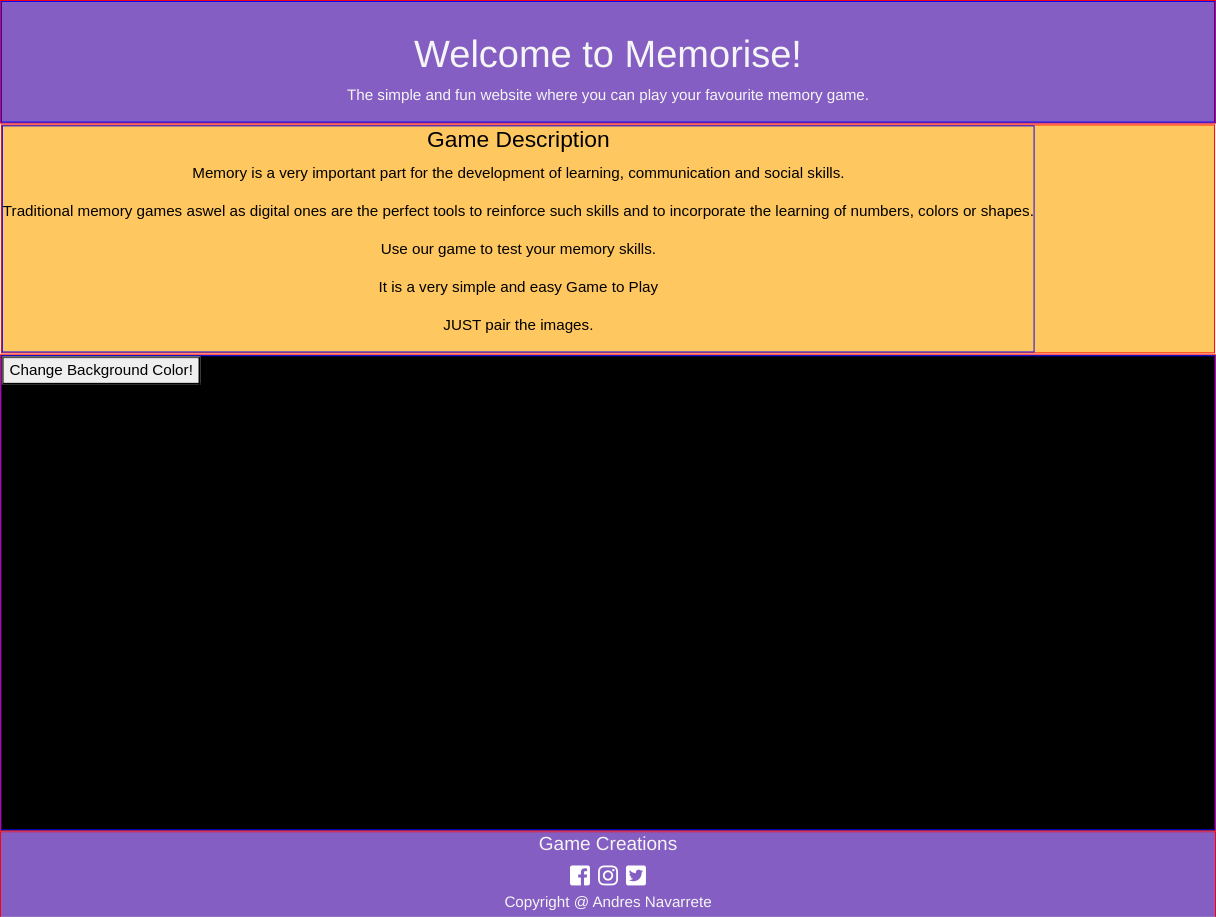
Repository: andna5980/memorise
Page: index.html
The author's editor kept a copy of each file at every save. The page is drawn from the files as they stood at one save, then again after the next save.
The browser window is 1280 px wide. The pictures show the whole page, at 95% of full size.
Some web fonts or font styles are not loaded; a fallback is used. Some web libraries are served in a nearby version.

Above is the page before, as saved 2021-04-27 13:16:01.

After the next save:
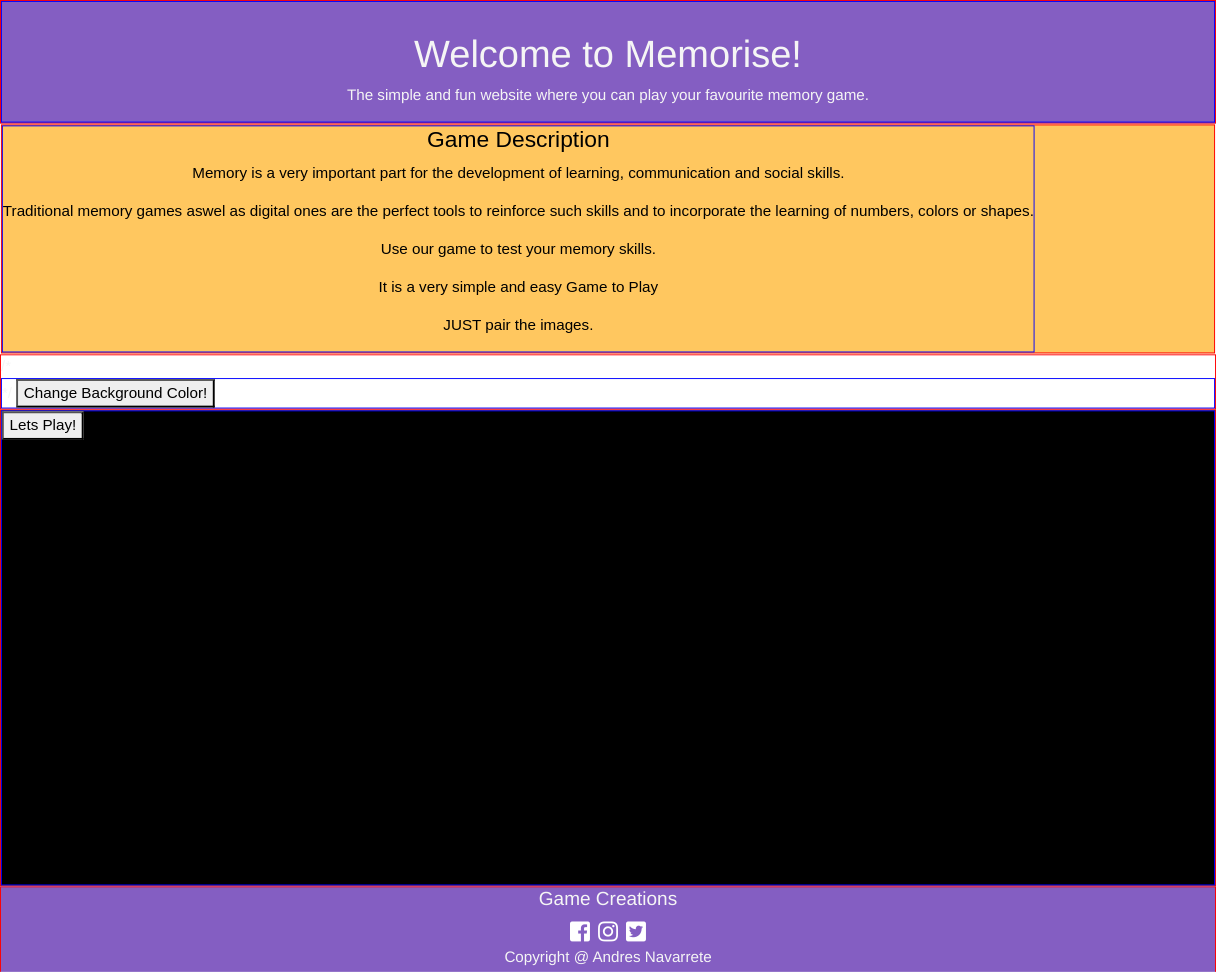
Saved 5 min 11 s later.
--- a/index.html
+++ b/index.html
@@ -45,12 +45,17 @@
         </div>
     </div>
 
-    <div class="game-area test-red">
-        <div class="game-area-box test-blue">
+    <div class="change-background test-red">
+        /*<div class="change-background test-blue">*/
             <button id="button">Change Background Color!</button>
         </div>
     </div>
 
+    <div class="game-area test-red">
+        <div class="game-area-box test-blue">
+            <button id="button">Lets Play!</button>
+        </div>
+    </div>
 
 
 
